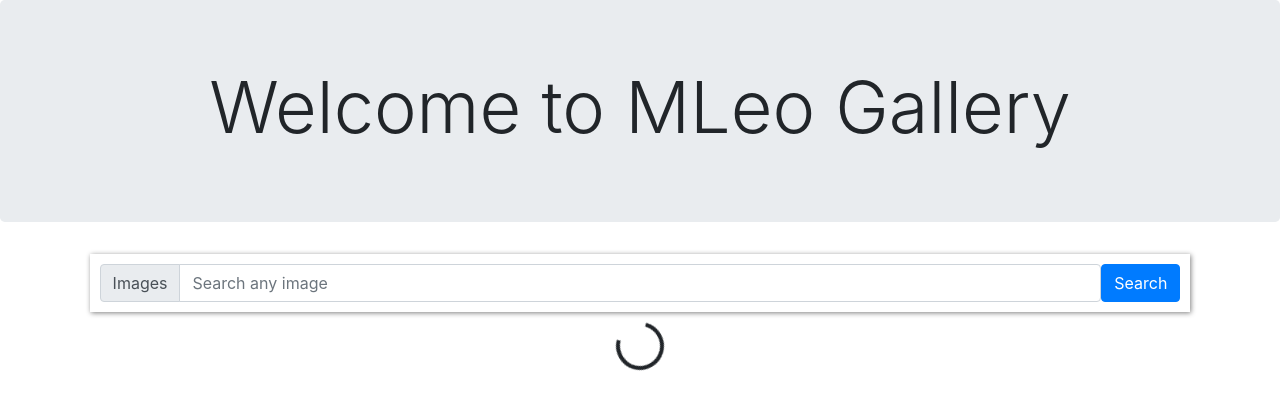
Repository: the-manohar/gallery
Page: /
An editor plug-in stored every save of this project. The page is shown before and after the next save, followed by the edit.
The browser window is 1280 px wide. The pictures show the whole page.
The project was rebuilt for these pictures with package versions that can differ from the ones it lists, and the page was loaded fresh each time.

Above is the page before, as saved 2020-06-18 23:19:27.

### src/index.js
import React from "react";
import ReactDOM from "react-dom";
import "./index.css";
import "bootstrap/dist/css/bootstrap.css";
import App from "./App";
import * as serviceWorker from "./serviceWorker";

ReactDOM.render(
  <React.StrictMode>
    <App />
  </React.StrictMode>,
  document.getElementById("root")
);

// If you want your app to work offline and load faster, you can change
// unregister() to register() below. Note this comes with some pitfalls.
// Learn more about service workers: https://bit.ly/CRA-PWA
serviceWorker.unregister();

### src/App.js
import React, { useState } from "react";
import {
  Button,
  InputGroup,
  InputGroupText,
  InputGroupAddon,
  Input,
  Jumbotron,
  Spinner,
} from "reactstrap";

import "./App.css";

function App() {
  const [value, setValue] = useState("");
  const [result, setResult] = useState([]);
  const fetchImages = () => {
    fetch(
      `https://api.unsplash.com/search/photos/?client_id=V38aA4zOjg1Xb1lBpNRUAK8duXvqwhDHHJbssXB_Pps&query=${value}&orientation=squarish&per_page=18`
    )
      .then((res) => res.json())
      .then((data) => {
        setResult(data.results);
      });
  };
  return (
    <div className="App">
      <Jumbotron>
        <h1 className="display-3">Welcome to MLeo Gallery</h1>
      </Jumbotron>
      <div className="mydiv">
        {/* <span>Search</span> */}
        <InputGroup>
          <InputGroupAddon addonType="prepend">
            <InputGroupText>Images</InputGroupText>
          </InputGroupAddon>
          <Input
            placeholder="Search any image"
            value={value}
            onChange={(event) => setValue(event.target.value)}
          />
        </InputGroup>
        <Button color="primary" onClick={() => fetchImages()}>
          Search
        </Button>
      </div>

      {result.length > 0 ? (
        <div className="gallery">
          {result.map((item) => {
            return (
              <img
                className="item img-thumbnail"
                key={item.id}
                src={item.urls.small}
                alt={item.urls.small}
              />
            );
          })}
        </div>
      ) : (
        <Spinner style={{ width: "3rem", height: "3rem" }} />
      )}
    </div>
  );
}

export default App;

//

### src/App.css
.App {
  text-align: center;
}
.mydiv {
  display: flex;
  justify-content: space-around;
  margin: 10px 7%;
  box-shadow: 1px 1px 5px grey;
  padding: 10px;
}

.gallery {
  display: flex;
  flex-wrap: wrap;
  justify-content: space-around;
}
.item {
  width: 30%;
  margin: 5px;
}

Loaded but not shown: public/index.html (common file); src/index.css (common file); src/serviceWorker.js (common file)

After the next save:
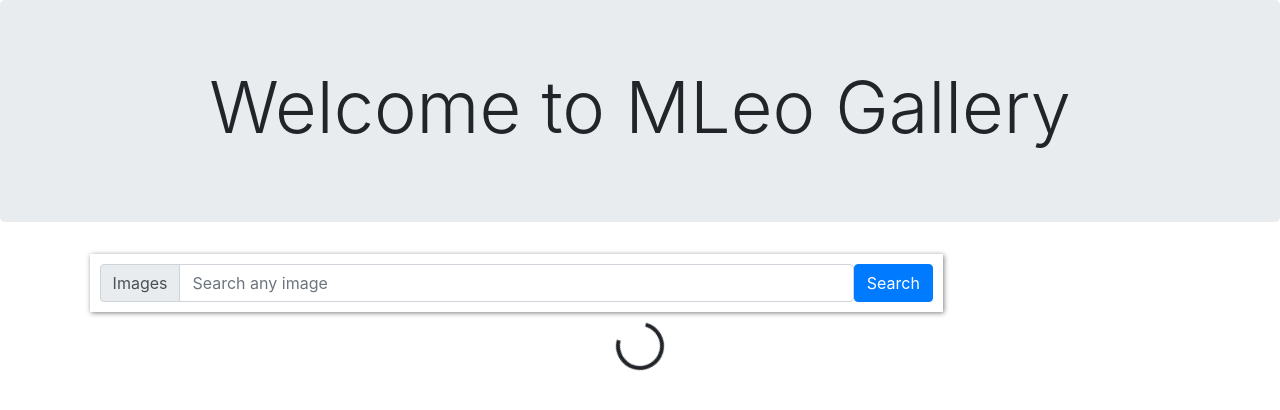
Saved 42 s later.
--- a/src/App.js
+++ b/src/App.js
@@ -28,7 +28,7 @@ function App() {
       <Jumbotron>
         <h1 className="display-3">Welcome to MLeo Gallery</h1>
       </Jumbotron>
-      <div className="mydiv">
+      <div className="mydiv col-sm-8">
         {/* <span>Search</span> */}
         <InputGroup>
           <InputGroupAddon addonType="prepend">
